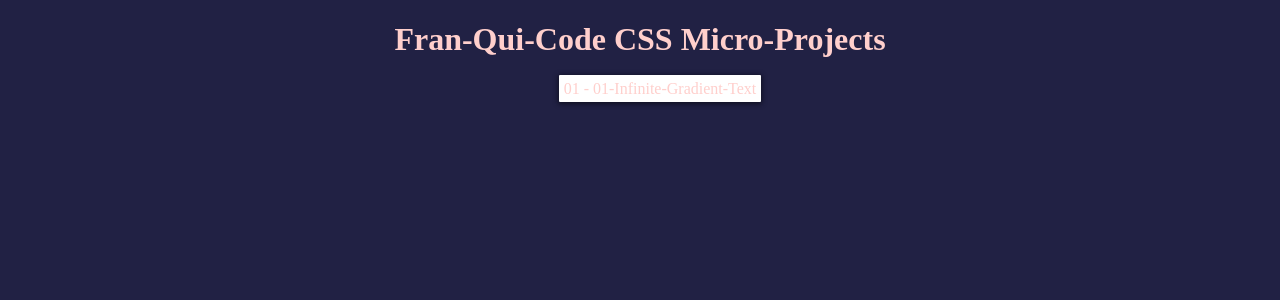
Repository: Francois-QUICODE/CSS-Micro-Projects
Page: index.html
An editor plug-in stored every save of this project. The page is shown before and after the next save, followed by the edit.
The browser window is 1280 px wide. The pictures show the whole page.

Above is the page before, as saved 2020-11-28 00:11:15.

After the next save:
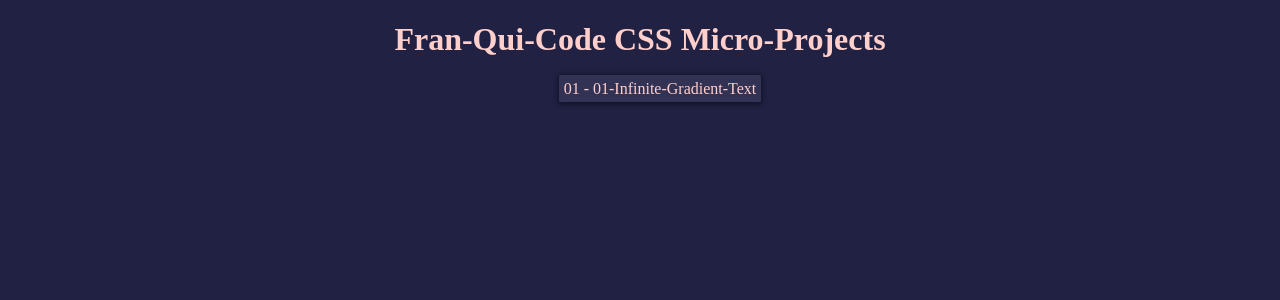
Saved 14 s later.
--- a/index.html
+++ b/index.html
@@ -31,7 +31,7 @@
         color: #ffcfcc;
         text-decoration: none;
         border-radius: 1px;
-        background-color: #fff;
+        background-color: #323255;
         box-shadow: 0 1px 5px 1px #101022;
         padding: 5px;
       }
